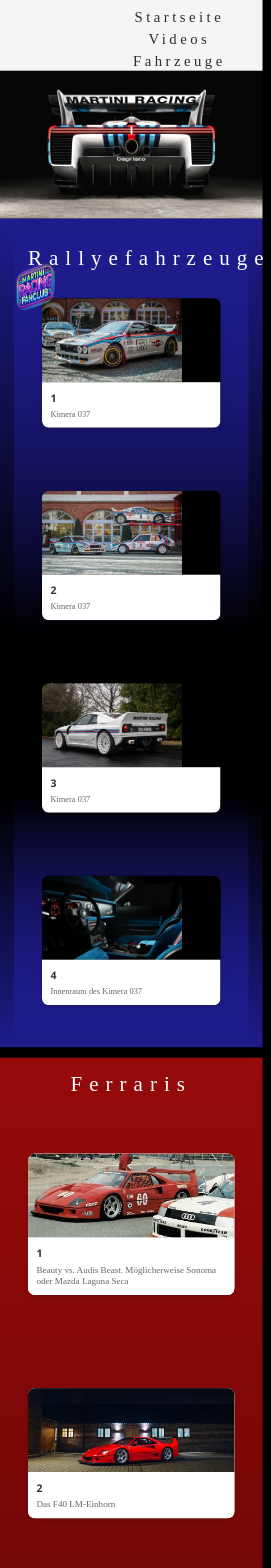
Repository: Johannes-Harald/martini-racing-fanclub
Page: /
These files come from the project's save history. The page is drawn as it stood at one moment and after the next save; the edit follows.
The browser window is 375 px wide. The page is 387 px wide, so the pictures cover 387 px, including what lies to the right of the window. The pictures show the part of the page from y = 0 to 2240 px (the page is 12109 px tall), at 70% of full size.
Some web fonts or font styles are not loaded; a fallback is used. The project was rebuilt for these pictures with package versions that can differ from the ones it lists, and the page was loaded fresh each time. Also part of the build but not shown: vite.config.js, src/components/Lightbox/Lightbox.css, src/components/Lightbox/Lightbox.jsx, src/components/TitleCards/TitleCards.jsx, src/pages/Videos/Videos.css, src/pages/Videos/Videos.jsx.

Above is the page before, as saved 2024-10-11 19:31:49.

After the next save:
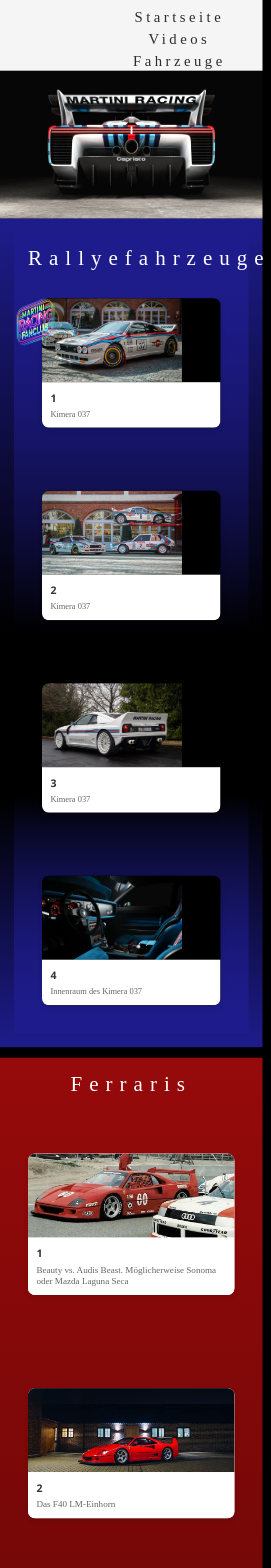
Saved 29 s later.
--- a/src/pages/Home/Home.css
+++ b/src/pages/Home/Home.css
@@ -143,7 +143,7 @@
     background-position: center;
   }
   .caption-img {
-margin-bottom: 350px;
+margin-bottom: 300px;
     height: 70px;
     width: 70px;
   }
